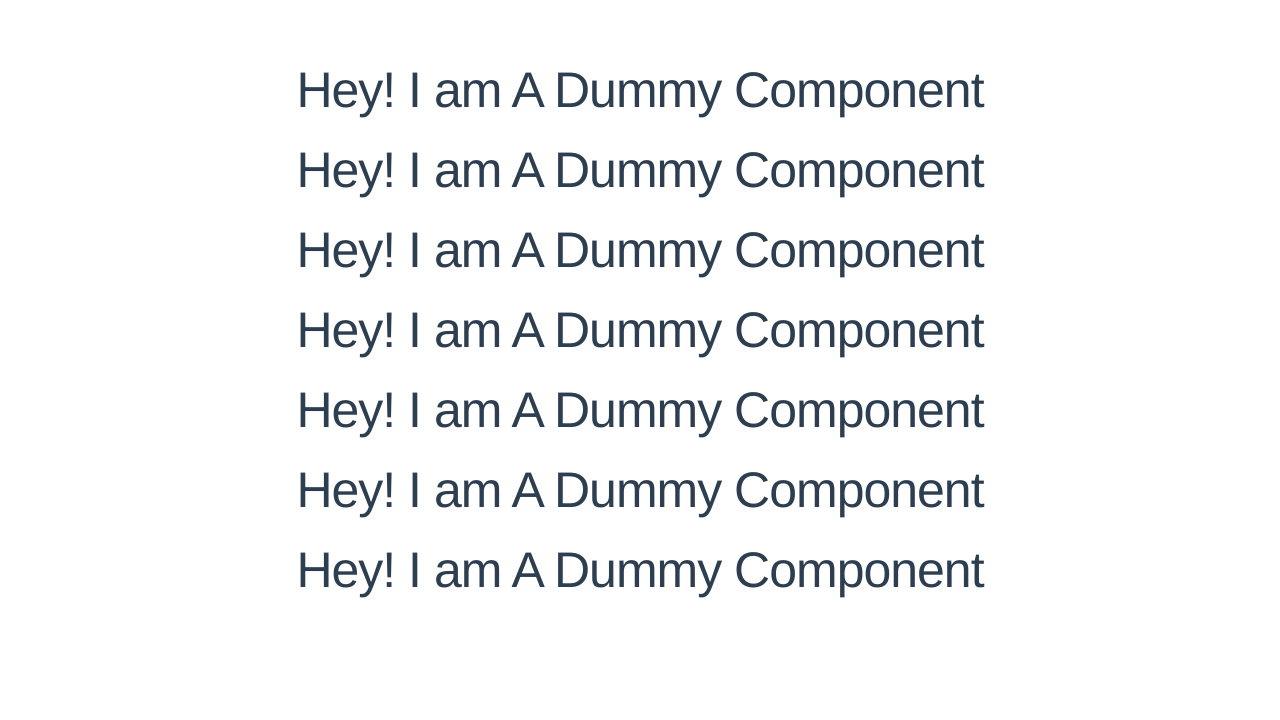
Repository: chsvk/Vue-JS-Course
Page: /
These files come from the project's save history. The page is drawn as it stood at one moment and after the next save; the edit follows.
The browser window is 1280 px wide. The pictures show the whole page.
The project was rebuilt for these pictures with package versions that can differ from the ones it lists, and the page was loaded fresh each time.

Above is the page before, as saved 2019-03-12 20:30:36.

After the next save:
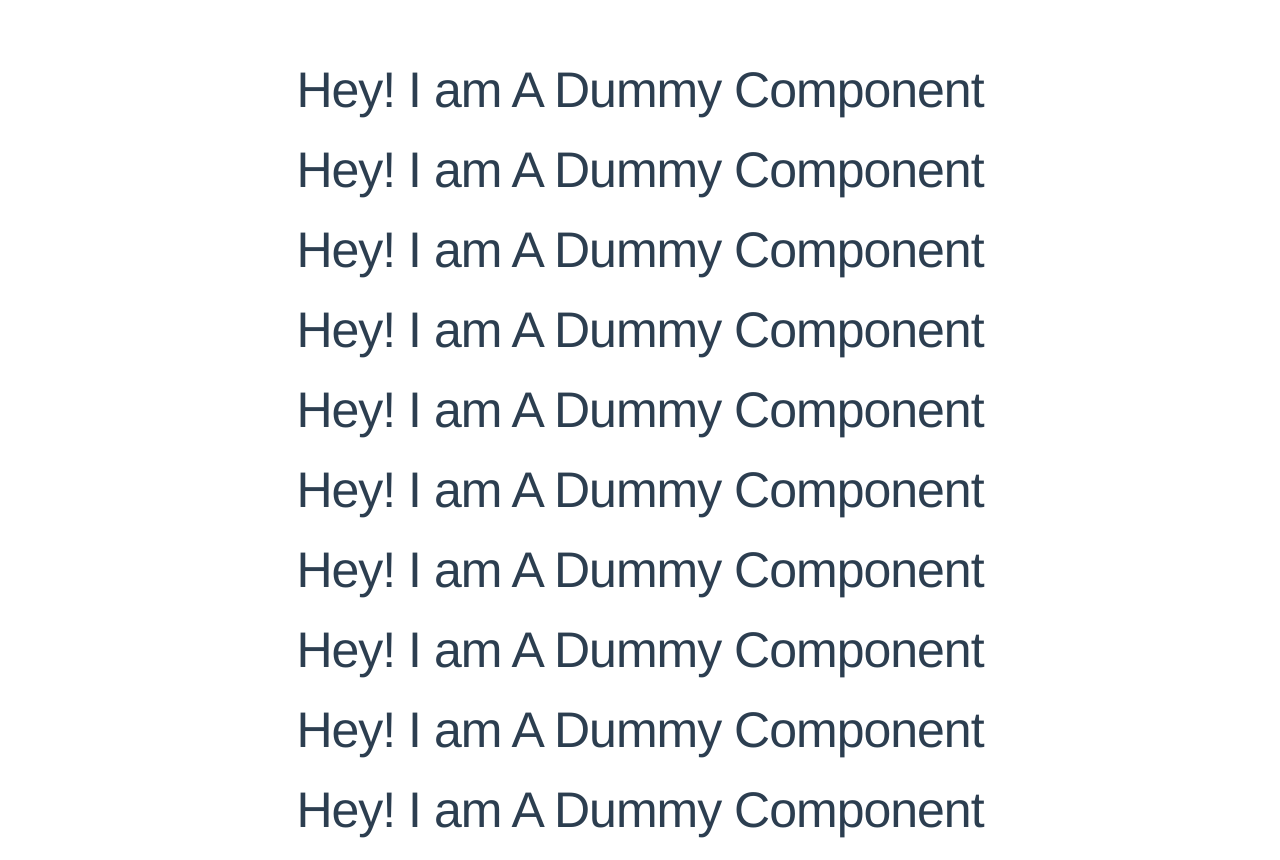
Saved 26 s later.
--- a/src/App.vue
+++ b/src/App.vue
@@ -1,12 +1,6 @@
 <template>
   <div id="app">
-    <Dummy/>
-    <Dummy/>
-    <Dummy/>
-    <Dummy/>
-    <Dummy/>
-    <Dummy/>
-    <Dummy/>
+    <Dummy v-for="component in 10"/>
   </div>
 </template>
 
